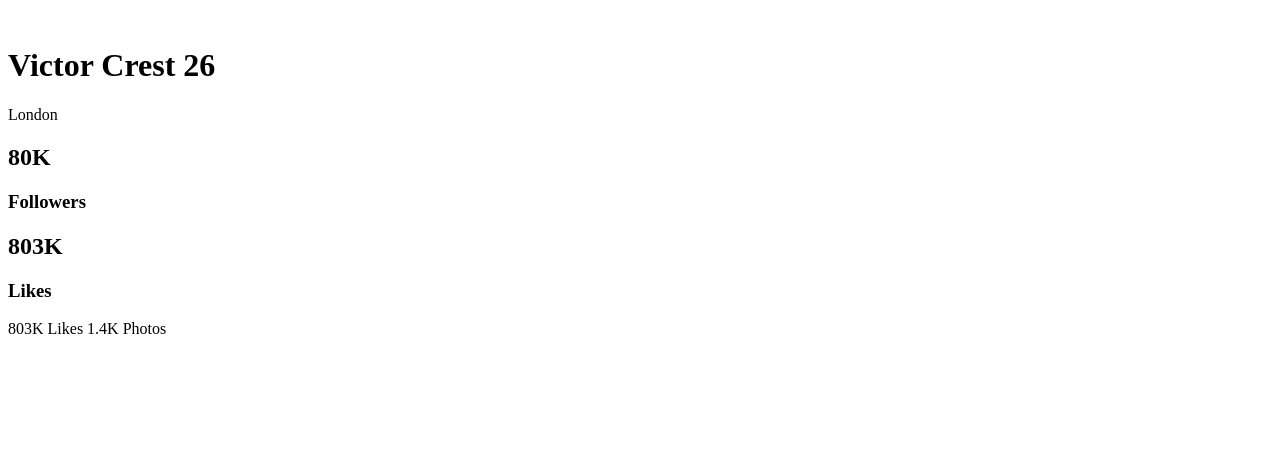
Repository: shayanabedi98/profile-card-component
Page: index.html
These files come from the project's save history. The page is drawn as it stood at one moment and after the next save; the edit follows.
The browser window is 1280 px wide. The pictures show the whole page.

Above is the page before, as saved 2023-09-27 11:48:50.

After the next save:
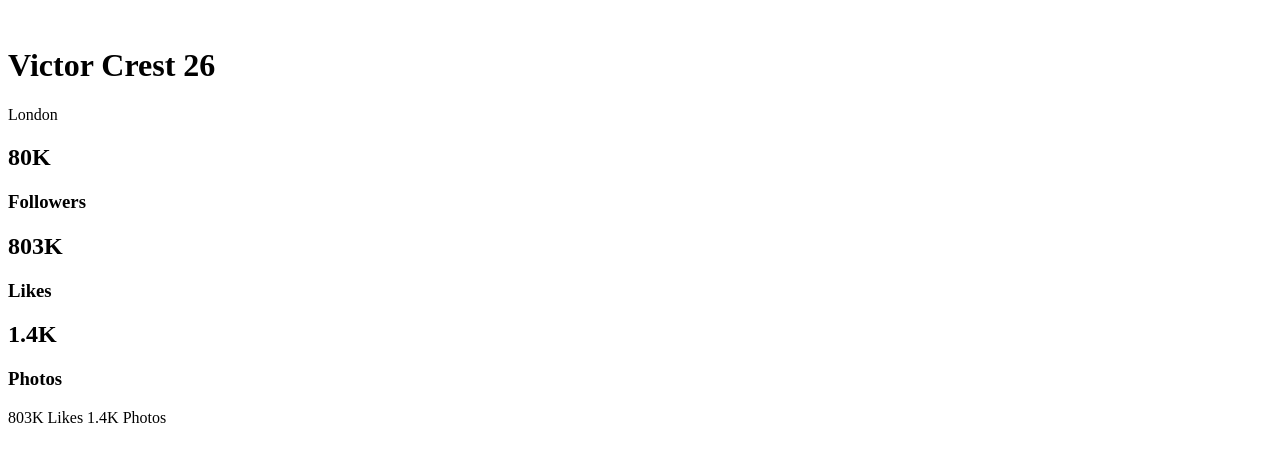
Saved 27 s later.
--- a/index.html
+++ b/index.html
@@ -27,6 +27,10 @@
           <h2>803K</h2>
           <h3>Likes</h3>
         </div>
+        <div class="stats-three">
+          <h2>1.4K</h2>
+          <h3>Photos</h3>
+        </div>
       </div>
     </div>
   </div>
